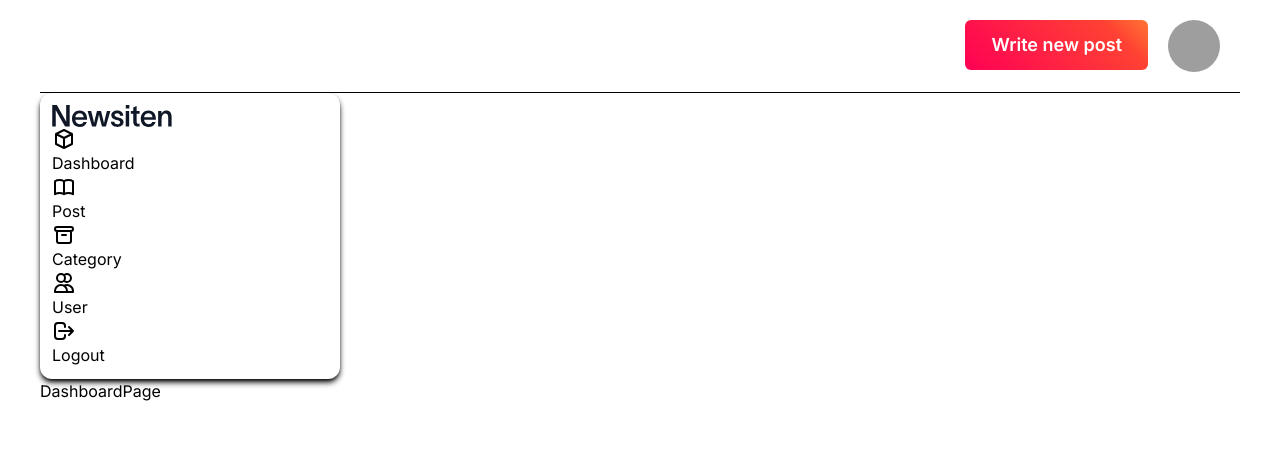
Repository: BrianPhamDev/Blog-App
Page: /dashboard
An editor plug-in stored every save of this project. The page is shown before and after the next save, followed by the edit.
The browser window is 1280 px wide. The pictures show the whole page.
Pictures or frames that could not be fetched are drawn as grey boxes. The project was rebuilt for these pictures with package versions that can differ from the ones it lists, and the page was loaded fresh each time. Also part of the build but not shown: src/pages/signUpPage/signUpPage.scss, src/components/label/label.scss, src/components/label/Label.js, src/components/input/input.scss, src/components/input/Input.js, src/components/input/InputPasswordToggle.js, src/components/input/index.js, src/pages/authenticationPage/authenticationPage.scss and 23 more. Imported but missing from the stored project, and not drawn on this page: src/components/icons.

Above is the page before, as saved 2023-08-02 20:37:39.

After the next save:
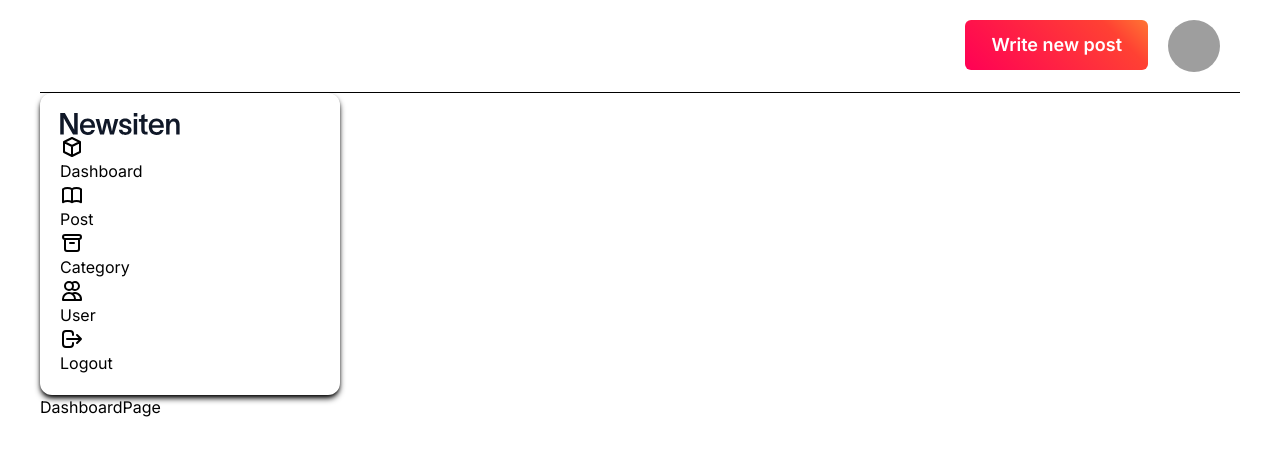
Saved 13 s later.
--- a/src/module/dashboard/Sidebar.js
+++ b/src/module/dashboard/Sidebar.js
@@ -107,7 +107,7 @@ const sidebarLinks = [
 
 const Sidebar = ({ children }) => {
   return (
-    <div className="sidebar-wrapper max-w-[300px] bg-white shadow-black shadow-md rounded-xl p-3">
+    <div className="sidebar-wrapper max-w-[300px] bg-white shadow-black shadow-md rounded-xl p-5">
       <div className="sidebar-logo">
         <img src="./Logo.svg" alt="Newsiten" className="w-[120px]" />
       </div>
